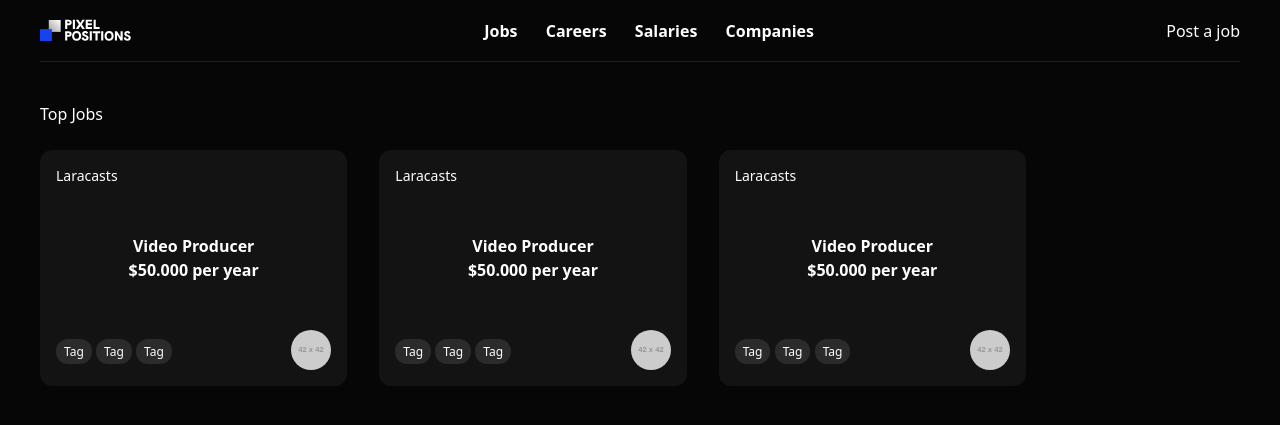
Repository: aggepap/pixel-positions-laravel
Page: http://localhost/
An editor plug-in stored every save of this project. The page is shown before and after the next save, followed by the edit.
The browser window is 1280 px wide. The pictures show the whole page.
The page is served by the project's Laravel application, run on PHP 8.4 with Laravel 12. Style sheets and scripts are compiled from the project's sources, by tool versions that may differ from the author's.

Above is the page before, as saved 2025-02-21 20:42:10.

After the next save:
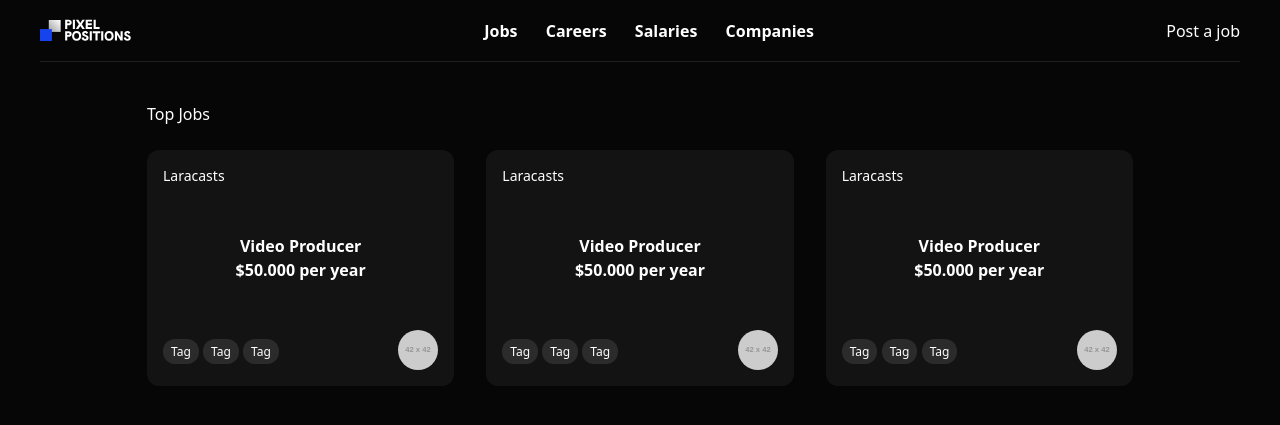
Saved 20 s later.
--- a/resources/views/components/layout.blade.php
+++ b/resources/views/components/layout.blade.php
@@ -20,7 +20,7 @@
       </div>
       <div class=""><a href="#">Post a job</a></div>
     </nav>
-    <main class="mt-10 max-w-[986px]">{{$slot}}</main>
+    <main class="mt-10 max-w-[986px] mx-auto">{{$slot}}</main>
   </div>
 </body>
 </html>
